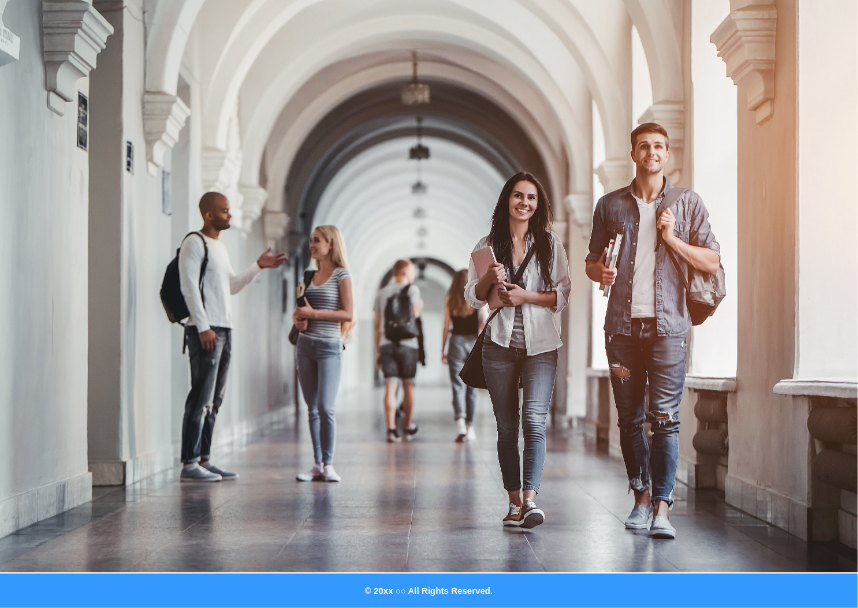
Repository: Yweb18/samurai_PHP
Page: index.html
The author's editor kept a record of every edit. The page is drawn from the files as they stood at one moment, then again after the next edit.
The browser window is 1280 px wide. The pictures show the whole page, at 67% of full size.
Pictures or frames that could not be fetched are drawn as grey boxes.

Above is the page before.

### index.html
<!DOCTYPE html>
<html lang="ja">
    <head>
        <meta charset="UTF-8">
        <title>HTML/CSSの学習</title>
        <link rel="stylesheet" href="stylesheet.css">
    </head>
    <body>
       <div id="header">
          <h1><a href="index.html"><img id="corridor" src="images/corridor.jpg" alt="大学の廊下" /></a></h1>
        </div>
        <div id="wrapper">
        </div>
        <div id="footer">
        <p>&copy; 20xx ○○ All Rights Reserved.</p>
      </div>
    </body>
</html>

### stylesheet.css
@charset "utf-8";

body {
	margin: 0;
	padding: 0;
	font-family: "ヒラギノ角ゴ Pro W3", "Hiragino Kaku Gothic Pro", "メイリオ", Meiryo, Osaka, "ＭＳ Ｐゴシック", "MS PGothic", sans-serif;
	color: #333;
	font-size: 13px;
	line-height: 150%;
}

/* -------------------- wrapper -------------------- */
#wrapper {
    width: 100%;
    margin: auto;
    padding: 0px;
    border: 0px;
    background-color: #FFF;
    top: 10px;
}

/* -------------------- header -------------------- */
 #header {
 	width: 100%;
 }
 #header h1 {
 	 margin: 0;
	 padding: 0;
 }

 #corridor {
	 width: 100%;
	 height: auto;
 }


 /* -------------------- footer -------------------- */
 #footer {
 	 clear: both;
 	 width: 100%;
 	 padding: 3px 0 3px 0;
 	 background: #39F;
 	 color: #FFF;
 	 font-weight: bold;
 	 text-align: center;
 }


 /* -------------------- nav -------------------- */
 #nav {
	 width: 100%;
 }
 #nav ul {
	 margin: 0;
	 padding: 0;
	 list-style-type: none;
 }
 #nav ul li {
	 float: left;
	 width: 20%;
	 text-align: center;
 }
 #nav ul li a {
	 display: block;
	 height: 20px;
	 margin: 0;
	 padding: 10px;
	 color: #FFF;
	 font-size: 20px;
	 text-decoration: none;
	 background-color: green;
 }


 /* -------------------- container -------------------- */
 #container {
	 width: 100%;
	 margin: auto ;
	 padding: auto;
	 padding-top: 20px;
	 clear: both;
 }
 /* -------------------- main -------------------- */
 #main {
	 float: left;
	 width: 60%;
	 padding: 10px 30px 10px 10px;
 }
 #main h2 {
	 margin: 0 0 10px 0;
	 padding: 3px 10px 3px 10px;
	 color: #FFF;
	 font-size: 16px;
	 border-left: solid 10px #C00;
	 background: #F90 url(../images/main_h2.jpg) right top repeat-y;
 }
 #main p {
	 margin: 0;
	 padding: 0;
 }
 #main .post {
	 margin: 0 0 30px 0;
 }

 #main .post img.right {
	 margin: 0 0 0 8px;
 }
 #main .post img.left {
	 margin: 0 8px 0 0;
 }

 .right {
	 float: right;
	 width: 40%;
	 height: auto;
 }
 .left {
	 float: left;
	 width: 40%;
	 height: auto;
 }

 /* -------------------- clearfix -------------------- */
 .clearfix {
	 zoom: 1;
 }
 .clearfix:after{
	 content: "";
	 display: block;
	 clear: both;
 }



 /* -------------------- side -------------------- */
 #side {
 	 float: right;
 	 width: 30%;
 	 padding: 20px;
 	 background-color: #F99;
 }
 #side .box {
 	 margin: 0 auto 30px auto;
 	 padding: 0 0 20px 0;
 	 background: url(images/side_box.png) bottom no-repeat;
 }
 #side .box h2 {
 	 margin: 0;
 	 padding: 8px;
 	 text-align: center;
 	 color: #fff;
 	 font-size: 16px;
 	 line-height: 16px;
 	 font-weight: normal;
 	 background: url(images/side_box_h2.png) center no-repeat;
 }
 #side .box .boxBody {
 	 padding: 8px;
 	 border-right: solid 1px #C36;
 	 border-bottom: solid 1px #C36;
 	 border-left: solid 1px #C36;
 	 background: #fff;
 }
 #side .box .boxBody ul {
 	 margin: 0 0 16px 0;
 	 padding: 0;
 }
 #side .box .boxBody ul li {
 	 padding: 8px 0 8px 4px;
 	 list-style: none;
 	 border-bottom: solid 1px #C36;
 }

After the next edit:
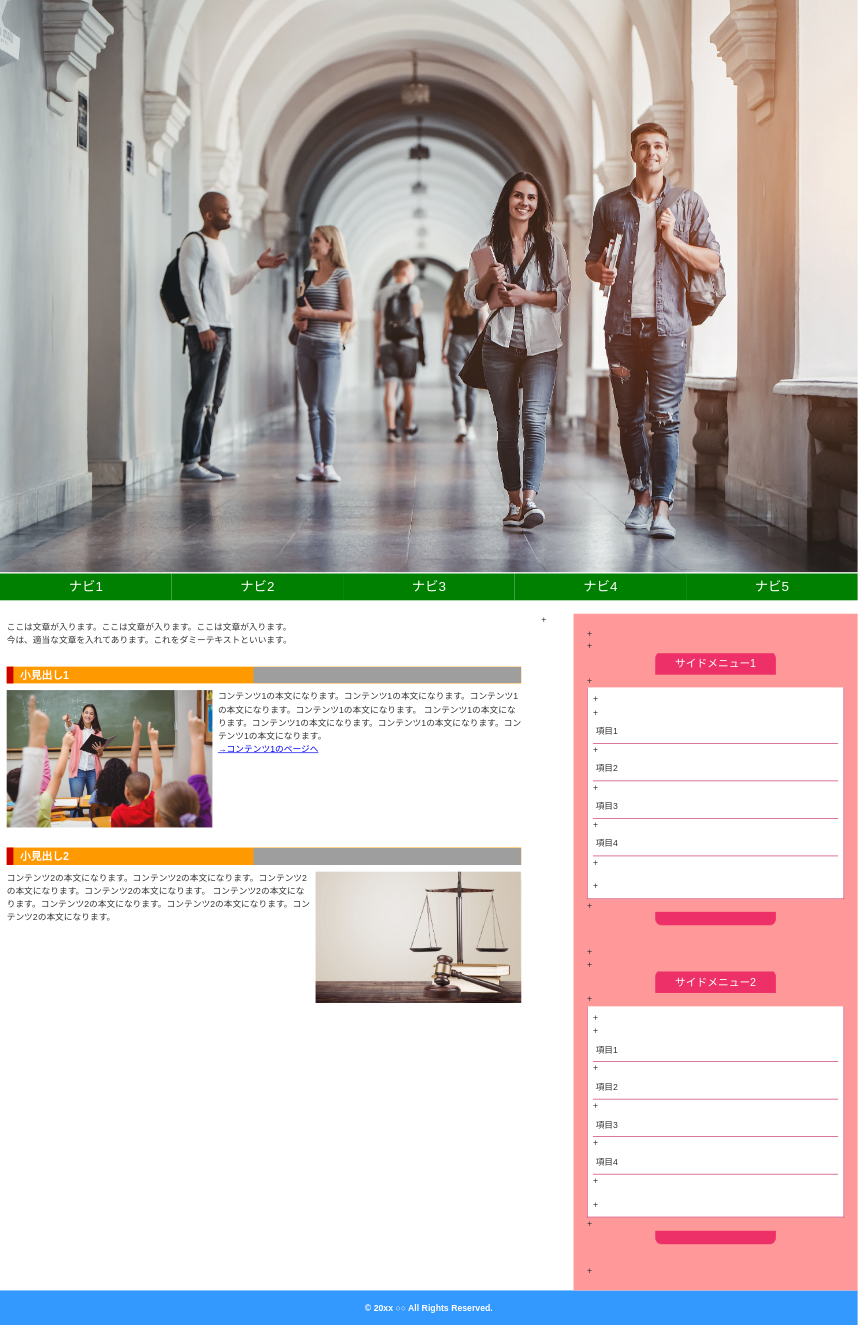
The edit:
--- a/index.html
+++ b/index.html
@@ -6,13 +6,70 @@
         <link rel="stylesheet" href="stylesheet.css">
     </head>
     <body>
-       <div id="header">
-          <h1><a href="index.html"><img id="corridor" src="images/corridor.jpg" alt="大学の廊下" /></a></h1>
+        <div id="header">
+            <h1><a href="index.html"><img id="corridor" src="images/corridor.jpg" alt="大学の廊下" /></a></h1>
         </div>
         <div id="wrapper">
+            <div id="nav">
+                <ul>
+                    <li><a href="home.html">ナビ1</a></li>
+                    <li><a href="#">ナビ2</a></li>
+                    <li><a href="#">ナビ3</a></li>
+                    <li><a href="#">ナビ4</a></li>
+                    <li><a href="#">ナビ5</a></li>
+                </ul>
+            </div>
+           <div id="container">
+            <div id="main">
+                <div class="post">
+                    <p>ここは文章が入ります。ここは文章が入ります。ここは文章が入ります。<br />今は、適当な文章を入れてあります。これをダミーテキストといいます。</p>
+                    </div>
+                <div class="post clearfix">
+                    <h2>小見出し1</h2>
+                    <img class="left" src="images/classroom.jpg" alt="授業風景" />
+                    <p>
+                        コンテンツ1の本文になります。コンテンツ1の本文になります。コンテンツ1の本文になります。コンテンツ1の本文になります。
+                        コンテンツ1の本文になります。コンテンツ1の本文になります。コンテンツ1の本文になります。コンテンツ1の本文になります。
+                    </p>
+                    <p><a href="#">→コンテンツ1のページへ</a></p>
+                </div>
+                <div class="post clearfix">
+                    <h2>小見出し2</h2>
+                    <img class="right" src="images/scale.jpg" alt="天秤" />
+                    <p>
+                        コンテンツ2の本文になります。コンテンツ2の本文になります。コンテンツ2の本文になります。コンテンツ2の本文になります。
+                        コンテンツ2の本文になります。コンテンツ2の本文になります。コンテンツ2の本文になります。コンテンツ2の本文になります。
+                    </p>
+                </div>
+            </div>
+       +            <div id="side">
++                <div class="box">
++                    <h2>サイドメニュー1</h2>
++                    <div class="boxBody">
++                        <ul>
++                            <li>項目1</li>
++                            <li>項目2</li>
++                            <li>項目3</li>
++                            <li>項目4</li>
++                        </ul>
++                    </div>
++                </div>
++                <div class="box">
++                    <h2>サイドメニュー2</h2>
++                    <div class="boxBody">
++                        <ul>
++                            <li>項目1</li>
++                            <li>項目2</li>
++                            <li>項目3</li>
++                            <li>項目4</li>
++                        </ul>
++                    </div>
++                </div>
++            </div>
+
         </div>
         <div id="footer">
-        <p>&copy; 20xx ○○ All Rights Reserved.</p>
-      </div>
+            <p>&copy; 20xx ○○ All Rights Reserved.</p>
+        </div>
     </body>
 </html>
